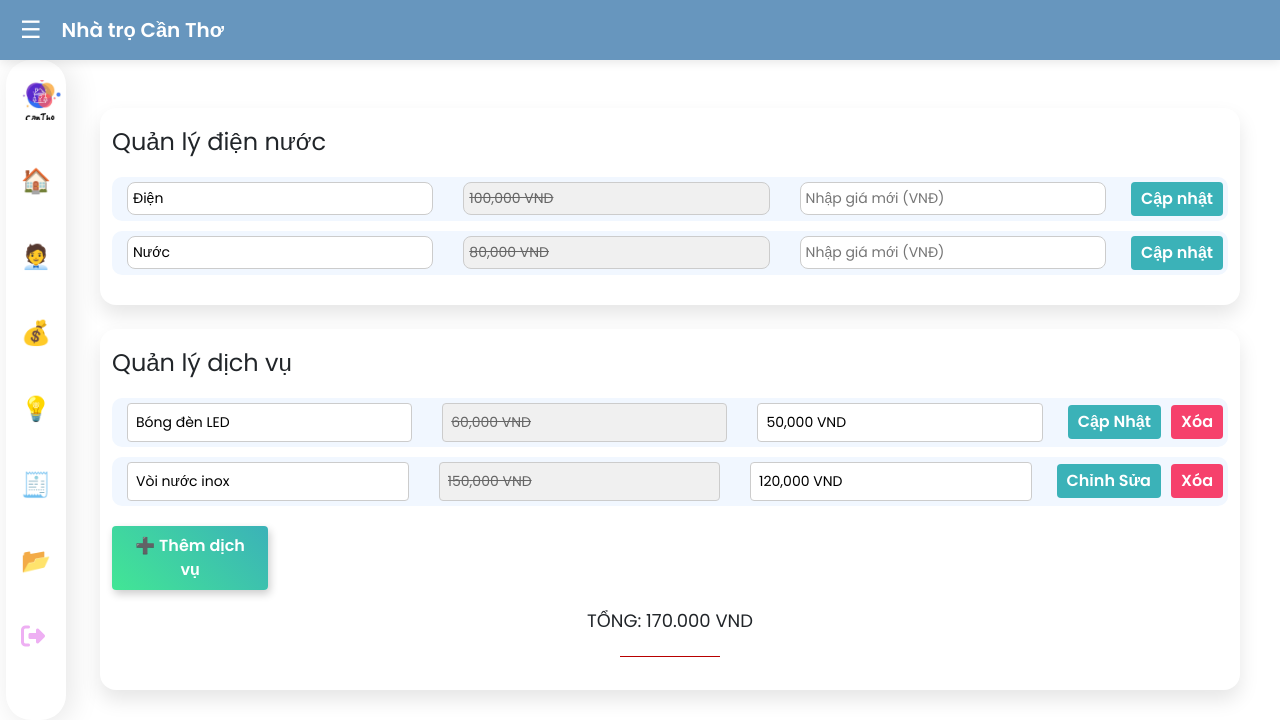
Repository: nhutty0402/DoAn02
Page: HTML/dichvu.html
An editor plug-in stored every save of this project. The page is shown before and after the next save, followed by the edit.
The browser window is 1280 px wide. The pictures show the whole page.

Above is the page before, as saved 2025-03-21 00:21:40.

### HTML/dichvu.html
<!DOCTYPE html>
<html>
<head>
    <meta charset="utf-8">
    <meta http-equiv="X-UA-Compatible" content="IE=edge">
    <title></title>
    <meta name="description" content="">
    <meta name="viewport" content="width=device-width, initial-scale=1">
    <link rel="stylesheet" href="../css/dichvu.css">

    <!-- CSS -->
    <link href="https://cdn.jsdelivr.net/npm/bootstrap@5.3.3/dist/css/bootstrap.min.css" rel="stylesheet" integrity="sha384-QWTKZyjpPEjISv5WaRU9OFeRpok6YctnYmDr5pNlyT2bRjXh0JMhjY6hW+ALEwIH" crossorigin="anonymous">
    <link href="https://fonts.googleapis.com/css2?family=Poppins:wght@300;400;600&display=swap" rel="stylesheet">
    <link rel="stylesheet" href="https://cdnjs.cloudflare.com/ajax/libs/font-awesome/6.4.2/css/all.min.css">

    <!-- JS -->
    <script src="https://cdnjs.cloudflare.com/ajax/libs/jquery/3.7.1/jquery.min.js" integrity="sha512-v2CJ7UaYy4JwqLDIrZUI/4hqeoQieOmAZNXBeQyjo21dadnwR+8ZaIJVT8EE2iyI61OV8e6M8PP2/4hpQINQ/g==" crossorigin="anonymous" referrerpolicy="no-referrer"></script>
    <script src="https://cdn.jsdelivr.net/npm/@popperjs/core@2.11.8/dist/umd/popper.min.js" integrity="sha384-I7E8VVD/ismYTF4hNIPjVp/Zjvgyol6VFvRkX/vR+Vc4jQkC+hVqc2pM8ODewa9r" crossorigin="anonymous"></script>
    <script src="https://cdn.jsdelivr.net/npm/bootstrap@5.3.3/dist/js/bootstrap.min.js" integrity="sha384-0pUGZvbkm6XF6gxjEnlmuGrJXVbNuzT9qBBavbLwCsOGabYfZo0T0to5eqruptLy" crossorigin="anonymous"></script>
</head>

<body>
    <header class="header">
        <div class="menu-toggle">☰</div>
        <div class="header-title">Nhà trọ Cần Thơ</div>
    </header>

    <div class="sidebar">
        <div class="logo_content">
            <div class="logo">
                <div class="icon">
                    <img src="../imag/moi.jpg" alt="Logo">
                </div>
                <div class="logo_name">Xin chào, admin</div>
            </div>
        </div>
        <ul class="nav_list">
            <li><a href="menu.html"><span class="icon">🏠</span><span class="link_name">Trang chủ</span></a></li>
            <li><a href="Quanlykhachhang.html"><span class="icon">🧑‍💼</span><span class="link_name">Quản lý khách hàng</span></a></li>
            <li><a href="doanhthu.html"><span class="icon">💰</span><span class="link_name">Doanh thu</span></a></li>
            <li><a href="dichvu.html"><span class="icon">💡</span><span class="link_name">Dịch vụ</span></a></li>
            <li><a href="hoadon.html"><span class="icon">🧾</span><span class="link_name">Hóa đơn</span></a></li>
            <li><a href="quanlihopdong.html"><span class="icon">📂</span><span class="link_name">Quản lý hợp đồng</span></a></li>
            <li><a href="dangxuat.html" class="logout-link"><span class="icon"><i class="fas fa-sign-out-alt"></i></span><span class="link_name">Đăng Xuất</span></a></li>
        </ul>
    </div>

    <div class="content flex-grow-1 p-4">
        <div class="topbar d-flex justify-content-between align-items-center mb-4"></div>

        <!-- Quản lý điện nước -->
        <div class="container">
            <div class="cf-title-03">
                <h3>Quản lý điện nước</h3>
            </div>
            <div id="product-list">
                <!-- Sản phẩm mẫu được thêm trực tiếp trong HTML -->
                <div class="product">
                    <input type="text" value="Điện" placeholder="Tên sản phẩm" readonly>
                    <input type="text" value="100,000 VND" placeholder="Giá cũ (VNĐ)" readonly class="old-price">
                    <input type="text" value="" placeholder="Nhập giá mới (VNĐ)" oninput="formatCurrency(this)">
                    <div class="btn-group">
                        <button class="update-btn" onclick="updateProduct(this)">Cập nhật</button>
                    </div>
                </div>
                <div class="product">
                    <input type="text" value="Nước" placeholder="Tên sản phẩm" readonly>
                    <input type="text" value="80,000 VND" placeholder="Giá cũ (VNĐ)" readonly class="old-price">
                    <input type="text" value="" placeholder="Nhập giá mới (VNĐ)" oninput="formatCurrency(this)">
                    <div class="btn-group">
                        <button class="update-btn" onclick="updateProduct(this)">Cập nhật</button>
                    </div>
                </div>
            </div>
        </div><br>

        <!-- Quản lý dịch vụ -->
        <div class="container">
            <div class="cf-title-03">
                <h3>Quản lý dịch vụ</h3>
            </div>
            <div id="service-list">
                <!-- Dịch vụ mẫu được thêm trực tiếp trong HTML -->
                <div class="service">
                    <input type="text" value="Bóng đèn LED" placeholder="Tên sản phẩm" readonly class="product-name">
                    <input type="text" value="60,000 VND" placeholder="Giá cũ (VNĐ)" readonly class="old-price">
                    <input type="text" value="50,000 VND" placeholder="Nhập giá mới (VNĐ)" readonly class="new-price">
                    <div class="btn-group">
                        <button class="update-btn" onclick="updateService(this)">Cập Nhật</button>
                        <button class="delete-btn" onclick="deleteService(this)">Xóa</button>
                    </div>
                </div>
                <div class="service">
                    <input type="text" value="Vòi nước inox" placeholder="Tên sản phẩm" readonly class="product-name">
                    <input type="text" value="150,000 VND" placeholder="Giá cũ (VNĐ)" readonly class="old-price">
                    <input type="text" value="120,000 VND" placeholder="Nhập giá mới (VNĐ)" readonly class="new-price">
                    <div class="btn-group">
                        <button class="update-btn" onclick="updateService(this)">Chỉnh Sửa</button>
                        <button class="delete-btn" onclick="deleteService(this)">Xóa</button>
                    </div>
                </div>
            </div>
            <button class="add-btn" onclick="addService()">➕ Thêm dịch vụ</button>
            <div class="cf-title-01">
                <h6>TỔNG: <span id="total-price">0 VND</span></h6>
            </div>
        </div>

    <!-- JavaScript -->
    <script>
        const toggle = document.querySelector('.menu-toggle');
        const sidebar = document.querySelector('.sidebar');
        toggle.addEventListener('click', () => {
            sidebar.classList.toggle('active');
        });

        function formatCurrency(input) {
            let value = input.value.replace(/\D/g, '');
            if (value === '') {
                input.value = '';
                return;
            }
            let number = parseInt(value, 10);
            input.value = number.toLocaleString('vi-VN') + ' VND';
        }

        function addService(name = "", price = "", oldPrice = "") {
            let serviceList = document.getElementById("service-list");
            let serviceDiv = document.createElement("div");
            serviceDiv.classList.add("service");
            serviceDiv.innerHTML = `
                <input type="text" value="${name}" placeholder="Tên sản phẩm">
                <input type="text" value="${oldPrice ? parseInt(oldPrice).toLocaleString('vi-VN') + ' VND' : ''}" placeholder="Giá cũ (VNĐ)" readonly class="old-price">
                <input type="text" value="${price}" placeholder="Nhập giá mới (VNĐ)" oninput="formatCurrency(this)">
                <div class="btn-group">
                    <button class="update-btn" onclick="updateService(this)">Cập nhật</button>
                    <button class="delete-btn" onclick="deleteService(this)">Xóa</button>
                </div>
            `;
            serviceList.appendChild(serviceDiv);
        }

        function updateProduct(button) {
            let productDiv = button.closest(".product");
            let inputs = productDiv.querySelectorAll("input");
            if (button.innerText === "Cập nhật") {
                let name = inputs[0].value.trim();
                let price = inputs[2].value.trim().replace(/\D/g, '');
                if (name === "" || price === "") {
                    alert("Vui lòng nhập đầy đủ thông tin!");
                    return;
                }
                inputs[0].setAttribute("readonly", true);
                inputs[2].setAttribute("readonly", true);
                button.innerText = "Chỉnh sửa";
                button.classList.remove("update-btn");
                button.classList.add("edi-btn");
                alert(`Cập nhật thành công: ${name} - ${inputs[2].value}`);
            } else {
                inputs[0].removeAttribute("readonly");
                inputs[2].removeAttribute("readonly");
                button.innerText = "Cập nhật";
                button.classList.remove("edi-btn");
                button.classList.add("update-btn");
            }
        }

        function updateService(button) {
            let serviceDiv = button.closest(".service");
            let inputs = serviceDiv.querySelectorAll("input");
            if (button.innerText === "Cập nhật") {
                let name = inputs[0].value.trim();
                let price = inputs[2].value.trim().replace(/\D/g, '');
                if (name === "" || price === "") {
                    alert("Vui lòng nhập đầy đủ thông tin!");
                    return;
                }
                inputs[0].setAttribute("readonly", true);
                inputs[2].setAttribute("readonly", true);
                button.innerText = "Chỉnh sửa";
                button.classList.remove("update-btn");
                button.classList.add("edi-btn");
                alert(`Cập nhật thành công: ${name} - ${inputs[2].value}`);
            } else {
                inputs[0].removeAttribute("readonly");
                inputs[2].removeAttribute("readonly");
                button.innerText = "Cập nhật";
                button.classList.remove("edi-btn");
                button.classList.add("update-btn");
            }
        }

        function deleteService(button) {
            if (confirm("Bạn có chắc muốn xóa sản phẩm này?")) {
                button.closest(".service").remove();
            }
        }
    </script>
    <!--Tính tổng-->
    <script>
        // Hàm tính tổng giá mới và hiển thị
        function calculateTotal() {
            const newPriceInputs = document.querySelectorAll('.new-price');
            let total = 0;

            newPriceInputs.forEach(input => {
                // Lấy giá trị từ input, loại bỏ " VND" và dấu phẩy
                const priceText = input.value.replace(' VND', '').replace(/,/g, '');
                const price = parseFloat(priceText) || 0; // Chuyển thành số, nếu không hợp lệ thì trả về 0
                total += price;
            });

            // Định dạng tổng với dấu phẩy và thêm " VND"
            const formattedTotal = total.toLocaleString('vi-VN') + ' VND';
            document.getElementById('total-price').textContent = formattedTotal;
        }

        // Hàm thêm dịch vụ mới
        function addService() {
            const serviceList = document.getElementById('service-list');
            const newService = document.createElement('div');
            newService.className = 'service';
            newService.innerHTML = `
                <input type="text" placeholder="Tên sản phẩm" class="product-name">
                <input type="text" placeholder="Giá cũ (VNĐ)" class="old-price">
                <input type="text" placeholder="Nhập giá mới (VNĐ)" class="new-price" oninput="calculateTotal()">
                <div class="btn-group">
                    <button class="update-btn" onclick="updateService(this)">Chỉnh sửa</button>
                    <button class="delete-btn" onclick="deleteService(this)">Xóa</button>
                </div>
            `;
            serviceList.appendChild(newService);
            calculateTotal(); // Cập nhật tổng sau khi thêm
        }

        // Hàm chỉnh sửa dịch vụ (giữ đơn giản, chỉ cho phép chỉnh sửa và lưu)
        function updateService(button) {
            const service = button.closest('.service');
            const inputs = service.querySelectorAll('input');
            const isReadOnly = inputs[0].hasAttribute('readonly');

            if (isReadOnly) {
                // Chuyển sang chế độ chỉnh sửa
                inputs.forEach(input => input.removeAttribute('readonly'));
                button.textContent = 'Cập Nhật';
            } else {
                // Chuyển về chế độ readonly
                inputs.forEach(input => input.setAttribute('readonly', true));
                button.textContent = 'Chỉnh sửa';
                calculateTotal(); // Cập nhật tổng sau khi lưu
            }
        }

        // Hàm xóa dịch vụ
        function deleteService(button) {
            const service = button.closest('.service');
            service.remove();
            calculateTotal(); // Cập nhật tổng sau khi xóa
        }

        // Tính tổng khi trang được tải
        window.onload = calculateTotal;
    </script>
</body>
</html>

### CSS/dichvu.css
/* Reset cơ bản */
* {
  margin: 0;
  padding: 0;
  box-sizing: border-box;
  font-family: 'Poppins', sans-serif;
}

/* Thiết lập body */
body {
  min-height: 100vh;
  background: #e7e7e7;
  display: flex;
  flex-direction: column;
}

/* Header ngang */
.header {
  width: 100%;
  height: 60px;
  background: #6796be;
  color: white;
  display: flex;
  align-items: center;
  padding: 0 20px;
  box-shadow: 0 2px 10px rgba(0, 0, 0, 0.1);
  position: fixed;
  top: 0;
  z-index: 1000;
}

.menu-toggle {
  font-size: 24px;
  cursor: pointer;
  margin-right: 20px;
}

.header-title {
  font-size: 20px;
  font-weight: 600;
}

/* Sidebar dọc */
.sidebar {
  position: fixed;
  top: 60px;
  left: 0;
  height: calc(100% - 60px);
  width: 60px;
  background: #fff;
  margin-left: 6px;
  padding: 10px 5px;
  transition: width 0.3s ease;
  box-shadow: 5px 3px 30px rgba(0, 0, 0, 0.1);
  border-radius: 25px;
  z-index: 900;
}

.sidebar.active {
  width: 240px;
}

.logo_content {
  display: flex;
  align-items: center;
  height: 60px;
  padding: 0 10px;
}

.logo {
  display: flex;
  align-items: center;
  gap: 10px;
}

.logo .icon img {
  width: 40px; /* Kích thước logo nhỏ hơn và đồng đều */
  height: 40px;
  object-fit: cover; /* Đảm bảo ảnh không bị méo */
}

.logo_name {
  font-size: 18px;
  font-weight: 700;
  opacity: 0;
  transition: opacity 0.3s ease;
}

.sidebar.active .logo_name {
  opacity: 1;
}

.nav_list {
  list-style: none;
  padding-left: 0;
  margin-top: 10px;
}

.nav_list li {
  display: flex;
  align-items: center;
  height: 50px; /* Giảm height để khoảng cách đều hơn */
  margin: 26px 0; /* Khoảng cách giữa các mục */
}

.nav_list li a {
  text-decoration: none;
  color: #333;
  display: flex;
  align-items: center;
  width: 100%;
  font-weight: 700;
  padding: 0 10px; /* Khoảng cách bên trong thẻ a */
  transition: font-weight 0.3s ease, transform 0.3s ease; /* Thêm transition cho hiệu ứng */
}
.nav_list li a:hover {
  transform: scale(1.05); /* Phóng to 5% khi hover */
}
.nav_list li .icon {
  font-size: 24px; /* Icon đồng đều kích thước */
  width: 40px; /* Đảm bảo icon căn đều */
  text-align: center;
}

.link_name {
  font-size: 16px;
  opacity: 0;
  transition: opacity 0.3s ease;
}

.sidebar.active .link_name {
  opacity: 1;
}

/* Nội dung chính */
.content {
  margin-top: 60px;
  margin-left: 60px;
  padding: 20px;
  flex-grow: 1;
  transition: margin-left 0.3s ease, width 0.3s ease;
  width: calc(100% - 60px);
  max-width: calc(100vw - 60px);
}

.sidebar.active ~ .content {
  margin-left: 240px;
  width: calc(100% - 240px);
  max-width: calc(100vw - 240px);
}

/* Thanh tìm kiếm */
.search-bar {
  display: flex;
  align-items: center;
  height: 38.5px;
  margin-left: auto;
  background-color: #fff;
  border-radius: 15px;
  padding: 5px;
  box-shadow: 0px 4px 6px rgba(0, 0, 0, 0.2);
  border: 2px solid #5E3582;
}

.search-bar input {
  border: none;
  outline: none;
  padding: 5px 10px;
  border-radius: 5px;
  font-size: 14px;
  width: 90px;
  transition: width 0.3s ease;
}

.search-bar input:focus {
  width: 270px;
}

.search-bar button {
  background-color: #eeaff3;
  border: none;
  color: #1c1919;
  padding: 5px 10px;
  height: 28px;
  border-radius: 10px;
  font-size: 14px;
  cursor: pointer;
  margin-left: 5px;
  transition: background-color 0.3s ease;
}

.search-bar button:hover {
  background-color: #f186f1;
}

/* Button group */
.button-group {
  display: flex;
  gap: 5px;
  padding-left: 10px;
}

.button-group .dathue:hover {
  background: rgb(167, 222, 214);
  color: black;
}

.button-group .phongtrong:hover {
  background: rgb(246, 237, 156);
  color: black;
}

.button-group .hientatca:hover {
  background: rgba(249, 205, 158, 0.952);
  color: black;
}

/* Đăng xuất */
.logout-link {
  display: flex;
  align-items: center;
  text-decoration: none;
  color: #1c1919;
  padding: 10px 15px;
  border-radius: 8px;
  transition: background-color 0.3s ease, transform 0.3s ease;
}
/* Đăng xuất */
.logout-link {
  display: flex;
  align-items: center;
  text-decoration: none;
  color: #1c1919;
  padding: 10px 15px;
  border-radius: 8px;
  transition: background-color 0.3s ease, transform 0.3s ease, font-weight 0.3s ease; /* Thêm transition cho font-weight */
}
.logout-link .icon {
  font-size: 24px; /* Đồng đều với các icon khác */
  width: 40px;
  text-align: center;
  color: #eeaff3;
  transition: transform 0.3s ease;
}

.logout-link .link_name {
  font-size: 16px;
  font-weight: 600;
}

.logout-link:hover {
  background-color: #f6cff3;
  transform: scale(1.05);
}

.logout-link:hover .icon {
  transform: rotate(-20deg);
  color: #d94bd3;
}



/* ====================================================================================================== */
/* ======================================THÂN============================================================= */
/* ========================================================================================================= */

@import url('https://fonts.googleapis.com/css2?family=Poppins:wght@300;400;600&display=swap');

/* body {
    font-family: 'Poppins', sans-serif;
    background: linear-gradient(135deg, #89f7fe, #66a6ff);
    padding: 20px;
    text-align: center;
} */

.container {
    max-width: 600px;
    margin: auto;
    background: white;
    padding: 20px;
    border-radius: 16px;
    box-shadow: 0 10px 20px rgba(0, 0, 0, 0.1);
}

/* h2 {
    color: #333;
    font-weight: 600;
    margin-bottom: 10px;
} */

.product {
    display: flex;
    justify-content: space-between;
    align-items: center;
    padding: 5px;
    border-radius: 10px;
    background: #f1f7ff;
    margin: 10px 0;
    transition: transform 0.1s ease-in-out;
}

.product:hover {
    transform: scale(1.01);
}

.product input {
    flex: 1;
    margin: 0 10px;
    padding: 8px;
    border: 1px solid #ccc;
    border-radius: 8px;
    font-size: 14px;
    transition: all 0.3s;
}

.product input:focus {
    border-color: #007bff;
    outline: none;
    box-shadow: 0 0 5px rgba(0, 123, 255, 0.3);
}

.btn-group {
    display: flex;
    gap: 8px;
}

button {
    border: none;
    cursor: pointer;
    padding: 8px 14px;
    font-size: 14px;
    transition: 0.3s;
    border-radius: 10px;
    font-weight: bold;
}

.update-btn {
    background:  #3bb2b8;
    color: white;
    border-radius: 12px;
}
.update-btn {
  background:  #3bb2b8;
  color: white;
  border-radius: 12px;
}
.update-btn:hover{
  transform: scale(1.05);
}
.edi-btn {
    background:  #f2b876e8;
    color: white;
    border-radius: 12px;
}
.edi-btn:hover{
  transform: scale(1.05);
}
.delete-btn {
    background:  #f6416c;
    color: white;
    border-radius: 12px;
}
.delete-btn:hover{
  transform: scale(1.05);
}
.add-btn {
    width: 14%;
    font-size: 16px;
    padding: 12px;
    color: white;
    background: linear-gradient(45deg, #42e695, #3bb2b8);
    font-weight: bold;
    border-radius: 12px;
    box-shadow: 2px 4px 8px rgba(0, 0, 0, 0.2);
    transition: all 0.3s ease-in-out;
}

.add-btn:hover {
    transform: scale(1.05);
    box-shadow: 4px 6px 12px rgba(0, 0, 0, 0.3);
}
/* ============================================================================================== */
/* ===BẢNG DỊCH VỤ 2============================================================ */
/* =========================================================================================================== */
.service{
  display: flex;
  justify-content: space-between;
  align-items: center;
  padding: 5px;
  border-radius: 10px;
  background: #f1f7ff;
  margin: 10px 0;
  transition: transform 0.1s ease-in-out;
}

.service:hover {
  transform: scale(1.01);
}

.service input {
  flex: 1;
  margin: 0 10px;
  padding: 8px;
  border: 1px solid #ccc;
  border-radius: 8px;
  font-size: 14px;
  transition: all 0.3s;
}

.service input:focus {
  border-color: #007bff;
  outline: none;
  box-shadow: 0 0 5px rgba(0, 123, 255, 0.3);
}
/* ===================================================TỔNG======================================== */




.cf-title-01 h6 {
	text-align:center;
	text-transform:uppercase;
	padding-bottom:5px;
}
/* .cf-title-01 h6:before {
	width:28px;
	height:5px;
	display:block;
	content:"";
	position:absolute;
	bottom:3px;
	left:50%;
	margin-left:-14px;
	background-color:#b80000;
} */
.cf-title-01 h6:after {
	width:100px;
	height:1px;
	display:block;
	content:"";
	position:relative;
	margin-top:25px;
	left:50%;
	margin-left:-50px;
	background-color: #b80000;
}

.container {
  max-width: 800px;
  margin: 20px auto;
  padding: 20px;
}
.product, .service {
  display: flex;
  align-items: center;
  margin: 10px 0;
  gap: 10px;
}
input[type="text"] {
  padding: 5px;
  flex: 1;
}
input[readonly].old-price {
  background-color: #f0f0f0;
  color: #666;
  text-decoration: line-through;
}
.btn-group button {
  margin-left: 5px;
  padding: 5px 10px;
  cursor: pointer;
}
.add-btn {
  padding: 5px 10px;
  margin-top: 10px;
}
/* Tính tổng */
.container {
  max-width: 800px;
  margin: 0 auto;
  padding: 20px;
}

.cf-title-03 h3 {
  font-size: 24px;
  margin-bottom: 20px;
}

.service {
  display: flex;
  align-items: center;
  gap: 10px;
  margin-bottom: 10px;
}

.service input {
  padding: 8px;
  border: 1px solid #ccc;
  border-radius: 4px;
  width: 200px;
}

.btn-group {
  display: flex;
  gap: 5px;
}

.update-btn, .delete-btn, .add-btn {
  padding: 8px 15px;
  border: none;
  border-radius: 4px;
  cursor: pointer;
}



.cf-title-01 h6 {
  font-size: 18px;
  margin-top: 20px;
}

After the next save:
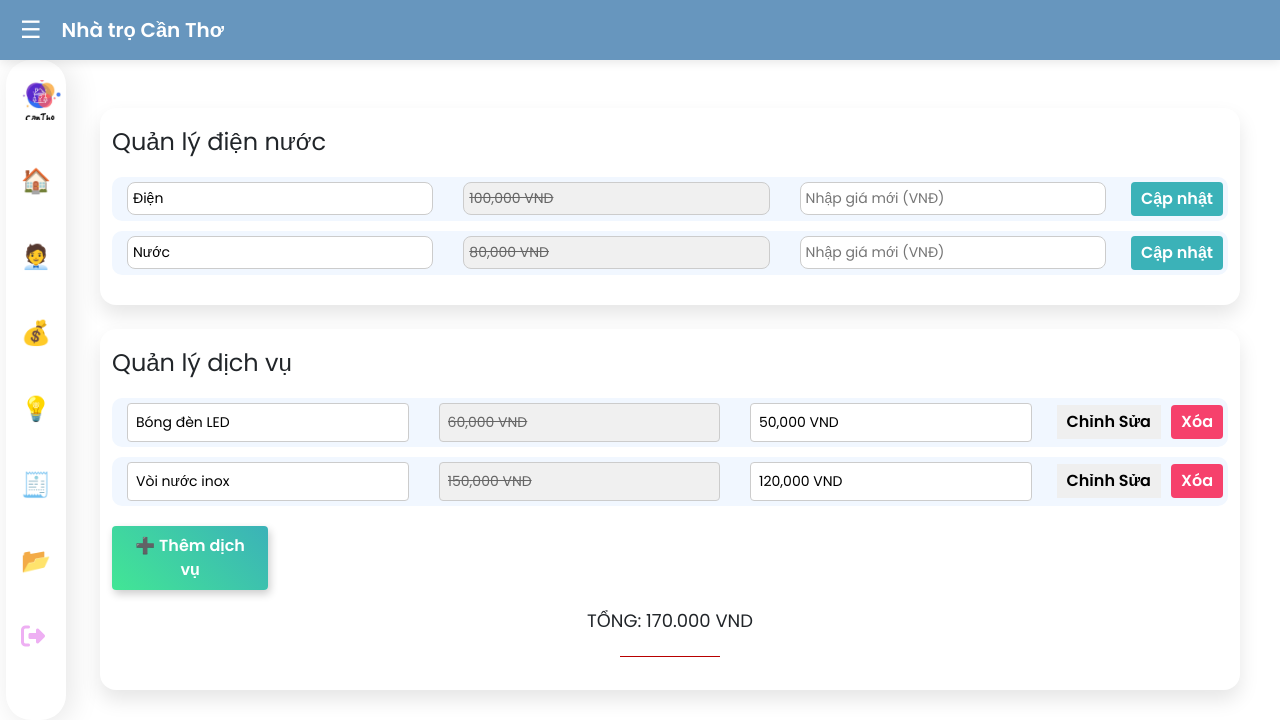
Saved 4 min 6 s later.
--- a/HTML/dichvu.html
+++ b/HTML/dichvu.html
@@ -86,7 +86,7 @@
                     <input type="text" value="60,000 VND" placeholder="Giá cũ (VNĐ)" readonly class="old-price">
                     <input type="text" value="50,000 VND" placeholder="Nhập giá mới (VNĐ)" readonly class="new-price">
                     <div class="btn-group">
-                        <button class="update-btn" onclick="updateService(this)">Cập Nhật</button>
+                        <button class="edit-btn" onclick="updateService(this)">Chỉnh Sửa</button>
                         <button class="delete-btn" onclick="deleteService(this)">Xóa</button>
                     </div>
                 </div>
@@ -95,7 +95,7 @@
                     <input type="text" value="150,000 VND" placeholder="Giá cũ (VNĐ)" readonly class="old-price">
                     <input type="text" value="120,000 VND" placeholder="Nhập giá mới (VNĐ)" readonly class="new-price">
                     <div class="btn-group">
-                        <button class="update-btn" onclick="updateService(this)">Chỉnh Sửa</button>
+                        <button class="edit-btn" onclick="updateService(this)">Chỉnh Sửa</button>
                         <button class="delete-btn" onclick="deleteService(this)">Xóa</button>
                     </div>
                 </div>
@@ -105,7 +105,6 @@
                 <h6>TỔNG: <span id="total-price">0 VND</span></h6>
             </div>
         </div>
-
     <!-- JavaScript -->
     <script>
         const toggle = document.querySelector('.menu-toggle');
